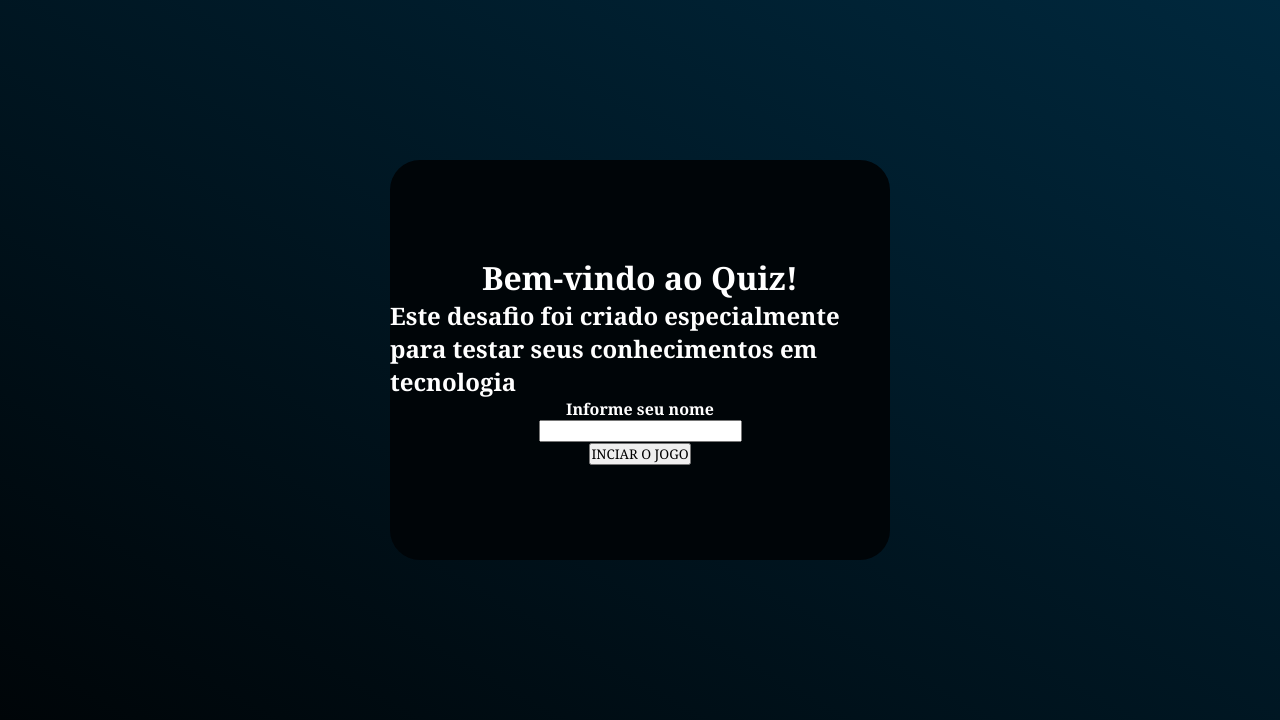
Repository: LaisSilvaO/Projeto-Quizz
Page: telas/apresentação.html
An editor plug-in stored every save of this project. The page is shown before and after the next save, followed by the edit.
The browser window is 1280 px wide. The pictures show the whole page.

Above is the page before, as saved 2024-12-25 19:26:51.

After the next save:
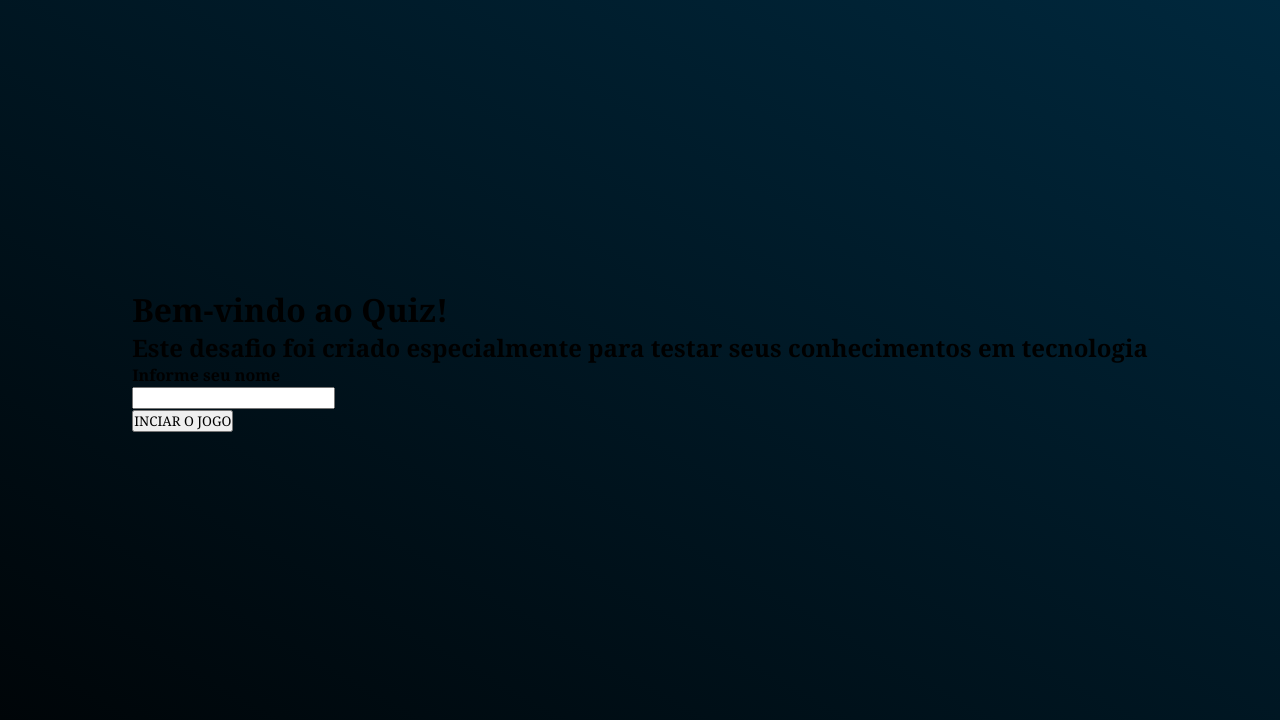
Saved 107 s later.
--- a/img/tela.css
+++ b/img/tela.css
@@ -24,54 +24,3 @@ main {
   justify-content: center;
   align-items: center;
 }
-
-.box2 {
-  color: white;
-  position: relative;
-  width: 500px;
-  height: 400px;
-  background-color: #000508;
-  border-radius: 30px;
-  display: flex;
-  justify-content: center;
-  align-items: center;
-  flex-direction: column;
-  overflow: hidden;
-}
-
-.box2::before {
-  content: "";
-  position: absolute;
-  top: 0;
-  left: 0;
-  width: 100%;
-  height: 100%;
-  border-radius: 30px; /* Manter bordas arredondadas */
-  border: 5px solid transparent; /* Borda transparente */
-  background-image: linear-gradient(white, white),
-                    linear-gradient(180deg, #07e2f1, #eb9b05),
-                    linear-gradient(90deg, #07e2f1, #eb9b05);
-  background-origin: border-box;
-  background-clip: content-box, border-box; /* Aplicar o gradiente nas bordas */
-  animation: snakeMove 4s infinite linear;
-  z-index: 1; /* Coloca a animação à frente do conteúdo */
-}
-
-/* Animação da cobrinha */
-@keyframes snakeMove {
-  0% {
-    transform: translateX(0) translateY(0);
-  }
-  25% {
-    transform: translateX(100%) translateY(0); /* Move para a direita */
-  }
-  50% {
-    transform: translateX(100%) translateY(100%); /* Move para baixo */
-  }
-  75% {
-    transform: translateX(0) translateY(100%); /* Move para a esquerda */
-  }
-  100% {
-    transform: translateX(0) translateY(0); /* Move para cima */
-  }
-}

After the save that followed:
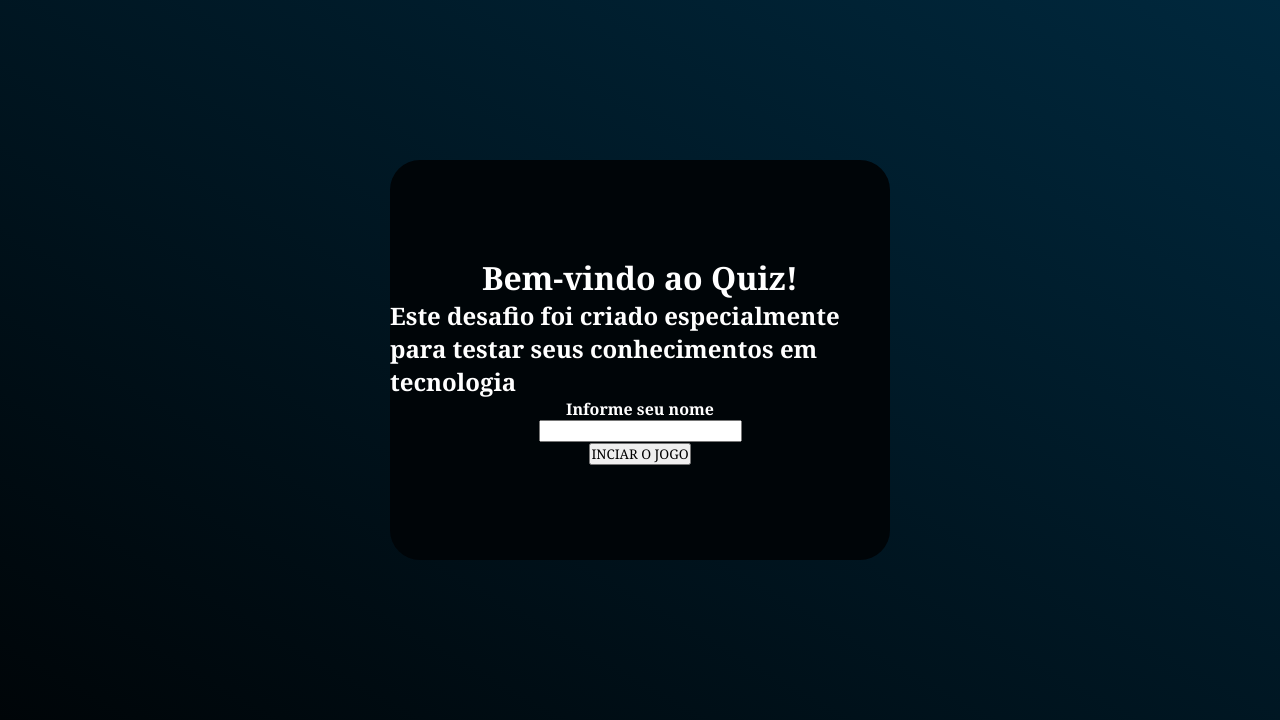
Saved 19 s later.
--- a/img/tela.css
+++ b/img/tela.css
@@ -24,3 +24,17 @@ main {
   justify-content: center;
   align-items: center;
 }
+
+.box2 {
+  color: white;
+  position: relative;
+  width: 500px;
+  height: 400px;
+  background-color: #000508;
+  border-radius: 30px;
+  display: flex;
+  justify-content: center;
+  align-items: center;
+  flex-direction: column;
+  overflow: hidden;
+}
